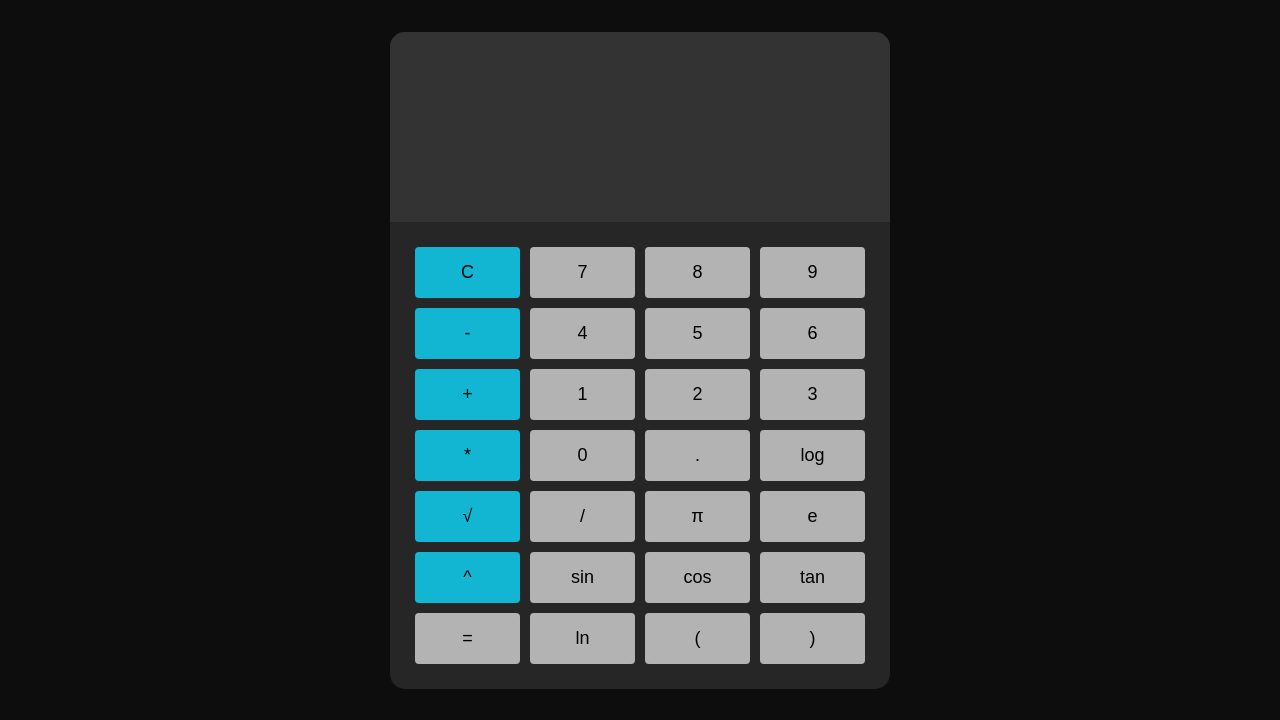
Repository: Haakim19/JavaScript
Page: Calculater/Main.html
An editor plug-in stored every save of this project. The page is shown before and after the next save, followed by the edit.
The browser window is 1280 px wide. The pictures show the whole page.

Above is the page before, as saved 2024-10-23 10:41:16.

### Calculater/Main.html
<!DOCTYPE html>
<html lang="en">
<head>
    <meta charset="UTF-8">
    <meta name="viewport" content="width=device-width, initial-scale=1.0">
    <title>Calculator</title>
    <link rel="stylesheet" href="Main.css">
</head>
<body>
    <div id="calculator">
        <div id="calculator-normal">
            <input id= "display1" readonly>
            <input id="display2" readonly>
            <div id="keys">
                <button onclick="clearDisplay()" class="operator-btn">C</button>
                <button onclick="appentToDisplay('7')">7</button>
                <button onclick="appentToDisplay('8')">8</button>
                <button onclick="appentToDisplay('9')">9</button>
                <button onclick="appentToDisplay('-')" class="operator-btn">-</button>
                <button onclick="appentToDisplay('4')">4</button>
                <button onclick="appentToDisplay('5')">5</button>
                <button onclick="appentToDisplay('6')">6</button>
                <button onclick="appentToDisplay('+')" class="operator-btn">+</button>
                <button onclick="appentToDisplay('1')">1</button>
                <button onclick="appentToDisplay('2')">2</button>
                <button onclick="appentToDisplay('3')">3</button>
                <button onclick="appentToDisplay('*')" class="operator-btn">*</button>
                <button onclick="appentToDisplay('0')">0</button>
                <button onclick="appentToDisplay('.')" >.</button>
                <button onclick="appentToDisplay('Math.log10()')" >log</button>
                <button onclick="appentToDisplay('Math.sqrt()')" class="operator-btn">√</button>
                <button onclick="appentToDisplay('/')">/</button>
                <button onclick="appendToDisplay('Math.PI()')">π</button>
                <button onclick="appentToDisplay('Math.e()')">e</button>
                <button onclick="appendToDisplay('**')" class="operator-btn">^</button>
                <button onclick="appentToDisplay('Math.sin()')">sin</button>
                <button onclick="appentToDisplay('Math.cos()')">cos</button>
                <button onclick="appentToDisplay('Math.tan()')">tan</button>
                <button onclick="calculate()" >=</button>
                <button onclick="appentToDisplay('Math.log()')">ln</button>
                <!-- <button onclick="appentToDisplay()><span>&#41;</span></button>            -->
                <button onclick="appentToDisplay('')"><span>&#40;</span></button>
                <button onclick="appentToDisplay('')"><span>&#41;</span></button>
            </div>
        </div>

    </div>
<script src="Main.js"></script>
</body>
</html>

### Calculater/Main.css
body{
    margin: 0;
    display: flex;
    justify-content: center;
    align-items: center;
    height: 100vh;
    background-color: hsl(0,0%, 5%);
}
#calculate{
    font-family:sans-serif;
}
#calculator-normal{
    background-color: hsl(0, 0%, 15%);
    border-radius: 15px;
    max-width: 500px;
    overflow: hidden;
}

#display1{
    width: 100%;
    padding: 20px;
    font-size: 1rem;
    border: none;
    text-align: left;
    padding-right: -15px;
    color: white;
    background-color: hsl(0, 0%, 20%);

}
#display2{
    width: 100%;
    padding: 20px;
    font-size: 5rem;
    border: none;
    text-align: left;
    padding-right: -15px;
    color: white;
    background-color: hsl(0, 0%, 20%);

}
#keys{
    display: grid;
    grid-template-columns: repeat(4, 1fr);
    gap: 10px;
    padding: 25px;
}
/* #keys-normal{
    width: 80px;
    height: 60px;
    color: white;
    border-radius: 50px;
    border: none;
    font-size: 3rem;
    background-color: hsl(0, 0%, 30%);
    font-weight: bold;
    cursor: pointer;
} */
/* button{
    width: 80px;
    height: 60px;
    color: white;
    border-radius: 50px;
    border: none;
    font-size: 3rem;
    background-color: hsl(0, 0%, 30%);
    font-weight: bold;
    cursor: pointer;
} */
button{
    width: 100%;
    padding: 15px;
    font-size: 18px;
    border: none;
    border-radius: 4px;
    background-color: hsl(0, 0%, 70%);
    cursor: pointer;
    transition: background-color 0.5s;
}

button:hover{
    background-color: hsl(0, 0%, 40%);
}

button:active{
    background-color: hsl(0, 0%, 50%);
}

.operator-btn{
    background-color: hsl(189, 84%, 45%);
}

.operator-btn:hover{
    background-color: hsl(189, 84%, 65%);
}

.operator-btn:active{
    background-color: hsl(189, 84%, 75%);
}

### Calculater/Main.js
const display1 = document.getElementById('display1');
const display2 = document.getElementById('display2');

function appentToDisplay(input){
    display2.value += input;
}
function clearDisplay(){
    display1.value = '';
    display2.value = '';
}
function calculate(){
    try{
        display1.value = eval(display2.value);}
    catch{
        display2.value = 'Error';
    }

}

After the next save:
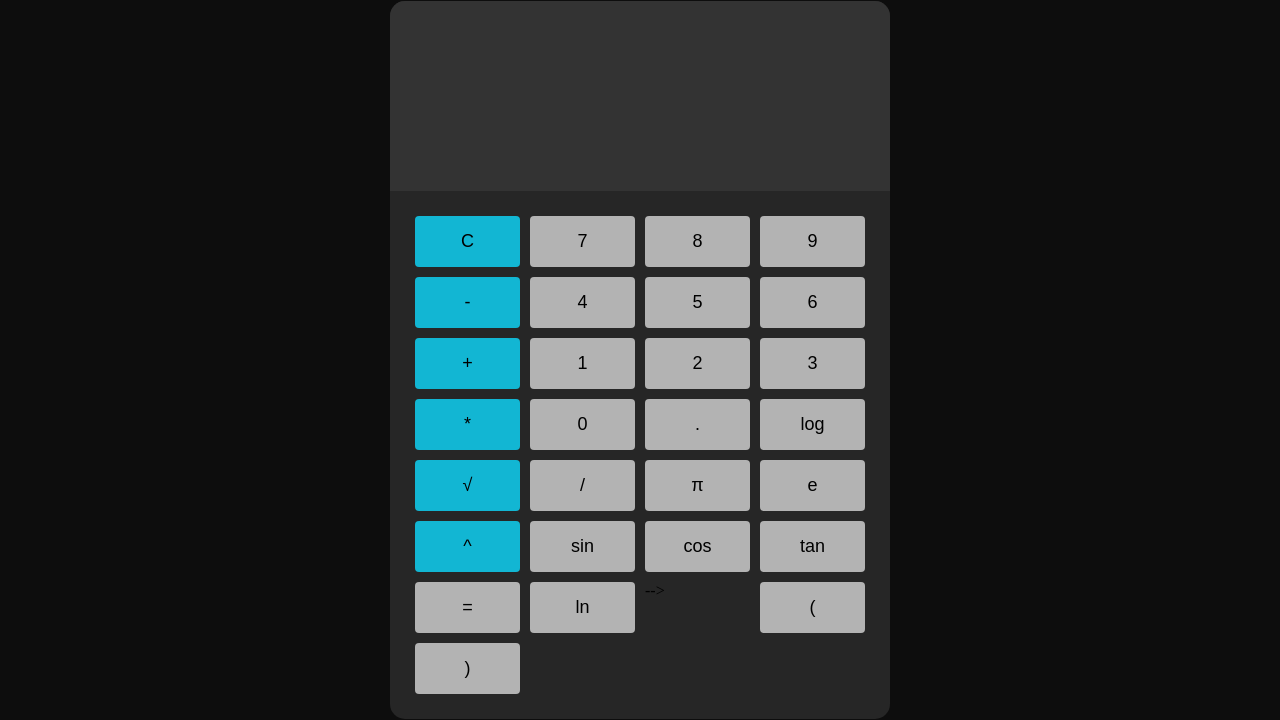
Saved 27 s later.
--- a/Calculater/Main.html
+++ b/Calculater/Main.html
@@ -37,8 +37,7 @@
                 <button onclick="appentToDisplay('Math.cos()')">cos</button>
                 <button onclick="appentToDisplay('Math.tan()')">tan</button>
                 <button onclick="calculate()" >=</button>
-                <button onclick="appentToDisplay('Math.log()')">ln</button>
-                <!-- <button onclick="appentToDisplay()><span>&#41;</span></button>            -->
+                <button onclick="appentToDisplay('Math.log()')">ln</button>                 -->
                 <button onclick="appentToDisplay('')"><span>&#40;</span></button>
                 <button onclick="appentToDisplay('')"><span>&#41;</span></button>
             </div>

After the save that followed:
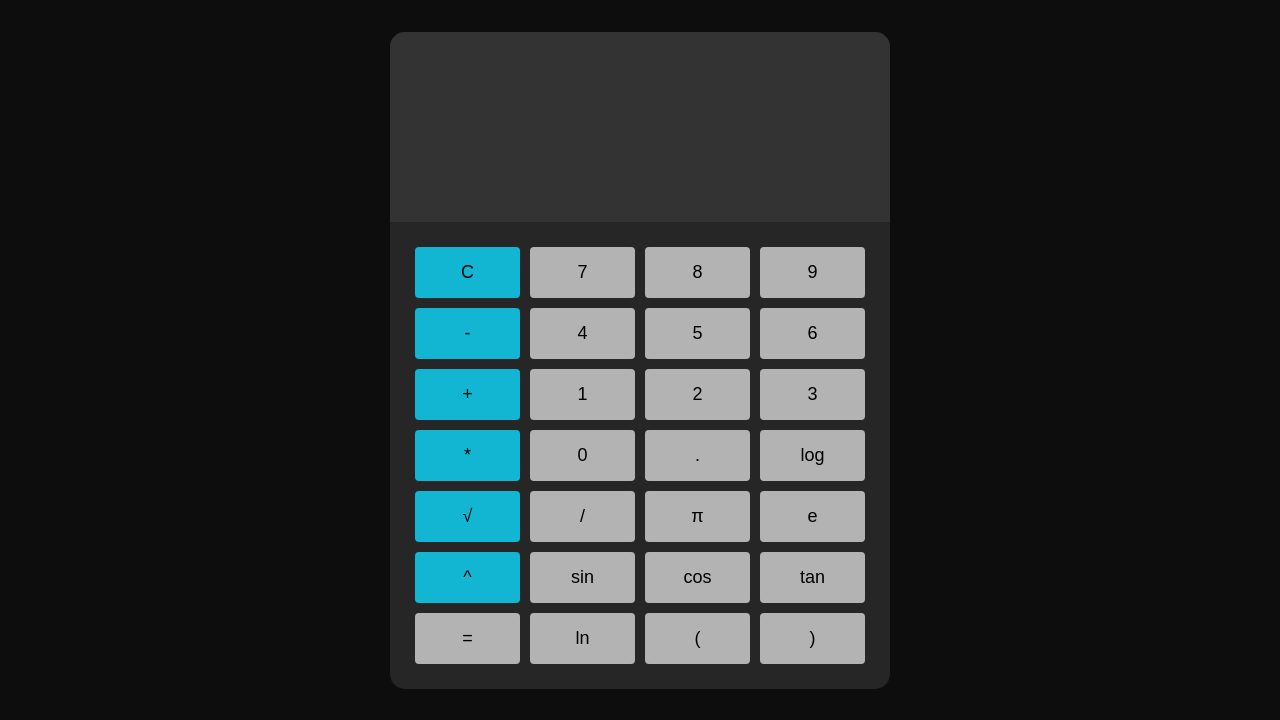
Saved 10 s later.
--- a/Calculater/Main.html
+++ b/Calculater/Main.html
@@ -37,7 +37,8 @@
                 <button onclick="appentToDisplay('Math.cos()')">cos</button>
                 <button onclick="appentToDisplay('Math.tan()')">tan</button>
                 <button onclick="calculate()" >=</button>
-                <button onclick="appentToDisplay('Math.log()')">ln</button>                 -->
+                <button onclick="appentToDisplay('Math.log()')">ln</button>
+                <!-- <button onclick="appentToDisplay()><span>&#41;</span></button>            -->
                 <button onclick="appentToDisplay('')"><span>&#40;</span></button>
                 <button onclick="appentToDisplay('')"><span>&#41;</span></button>
             </div>
